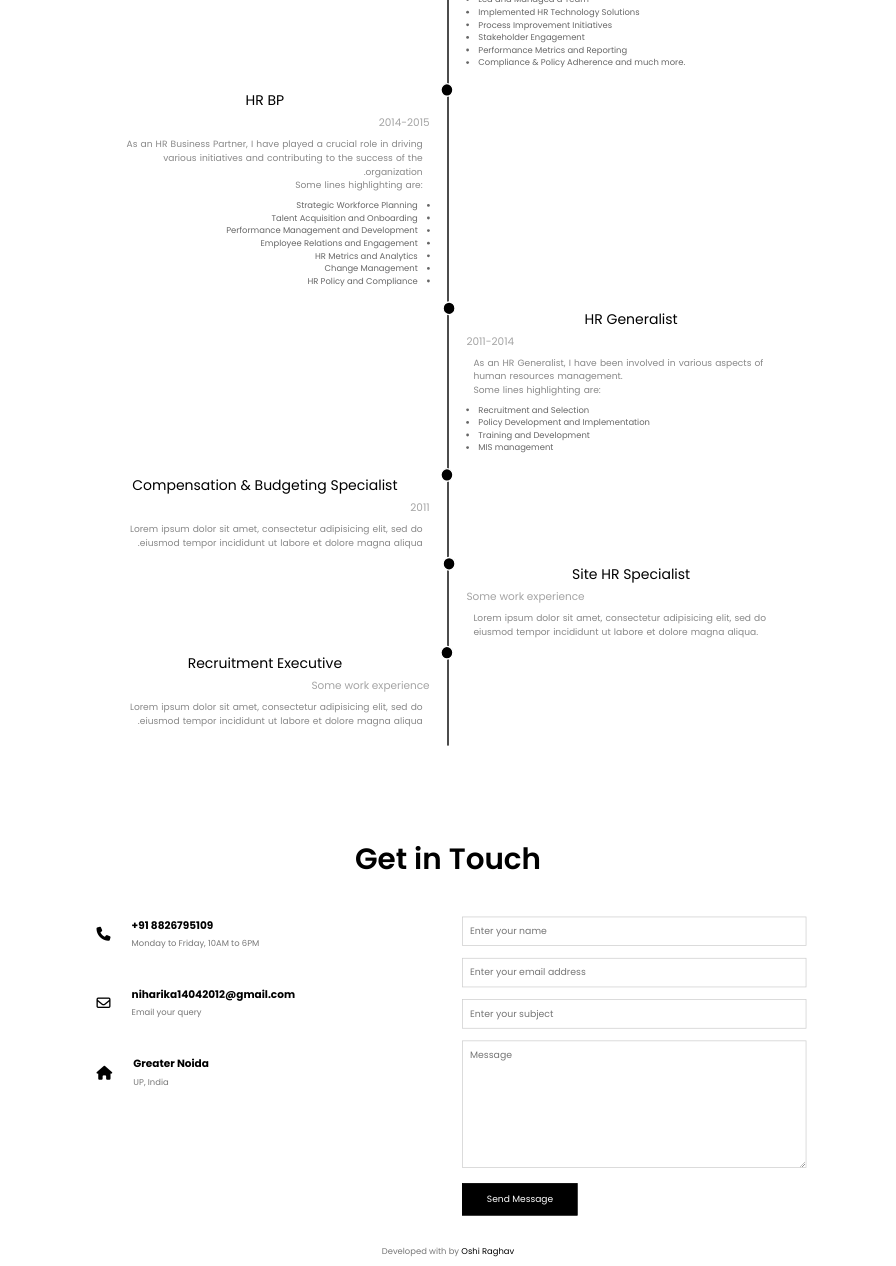
Repository: xoshiraghavx/Niharika-portfolio
Page: index.html
The author's editor kept a copy of each file at every save. The page is drawn from the files as they stood at one save, then again after a run of saves.
The browser window is 1280 px wide. The pictures show the part of the page from y = 1719 to 3639 px (the page is 3527 px tall before and 3639 px after), at 70% of full size.
Some web libraries are served in a nearby version.

Above is the page before, as saved 2023-06-16 10:50:04.

After the next 2 saves:
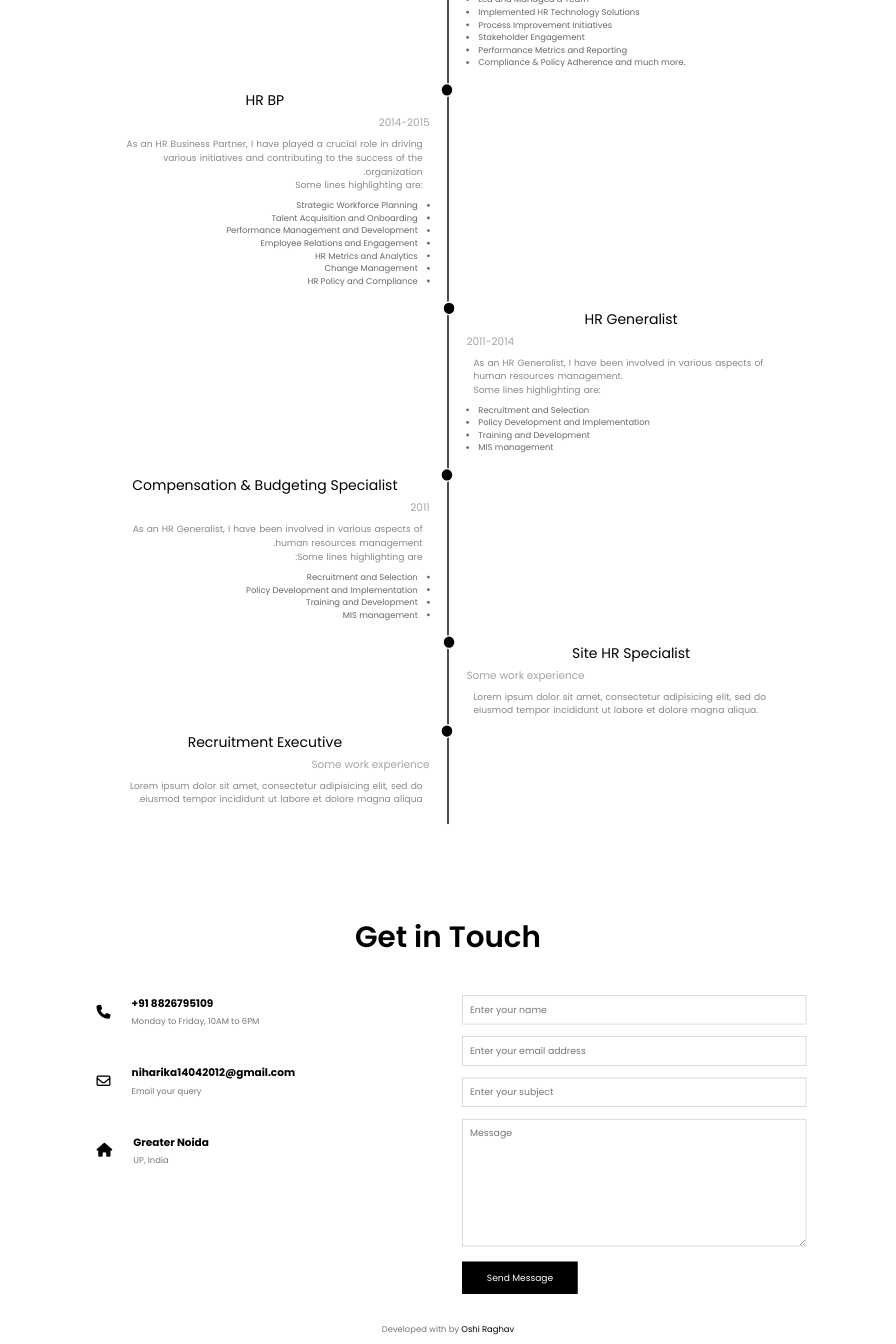
The 2 saves are shown as one change because they came seconds apart.
The last was saved 3 min 29 s later.
--- a/index.html
+++ b/index.html
@@ -169,7 +169,12 @@
                <div class="timeline-content">
                   <h3>Compensation & Budgeting Specialist </h3>
                   <span>2011</span>
-                  <p>Lorem ipsum dolor sit amet, consectetur adipisicing elit, sed do eiusmod tempor incididunt ut labore et dolore magna aliqua.</p>
+                  <p>As an HR Generalist, I have been involved in various aspects of human resources management.
+                    <br>Some lines highlighting are:
+                    <li>Recruitment and Selection</li>
+                    <li>Policy Development and Implementation</li>
+                    <li>Training and Development</li>
+                    <li>MIS management</li> </p>
                </div>
             </div>
 
